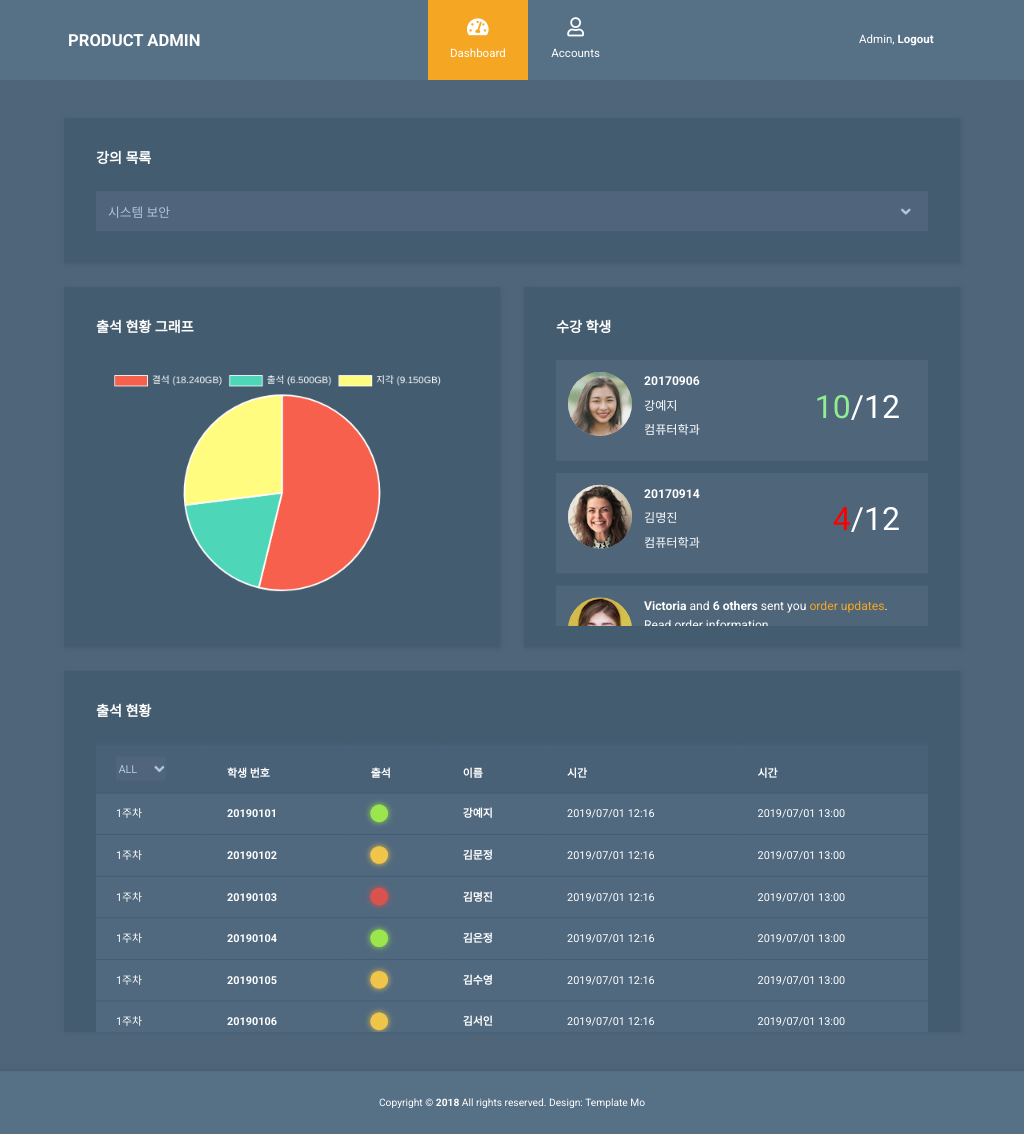
Repository: YJ-S2/2019-FaceAPI
Page: test1-master/web/123/WebContent/web1.html
These files come from the project's save history. The page is drawn as it stood at one moment and after the next save; the edit follows.
The browser window is 1280 px wide. The pictures show the whole page, at 80% of full size.
An inner scrolling area shows only its first screen.

Above is the page before, as saved 2019-08-11 15:21:22.

After the next save:
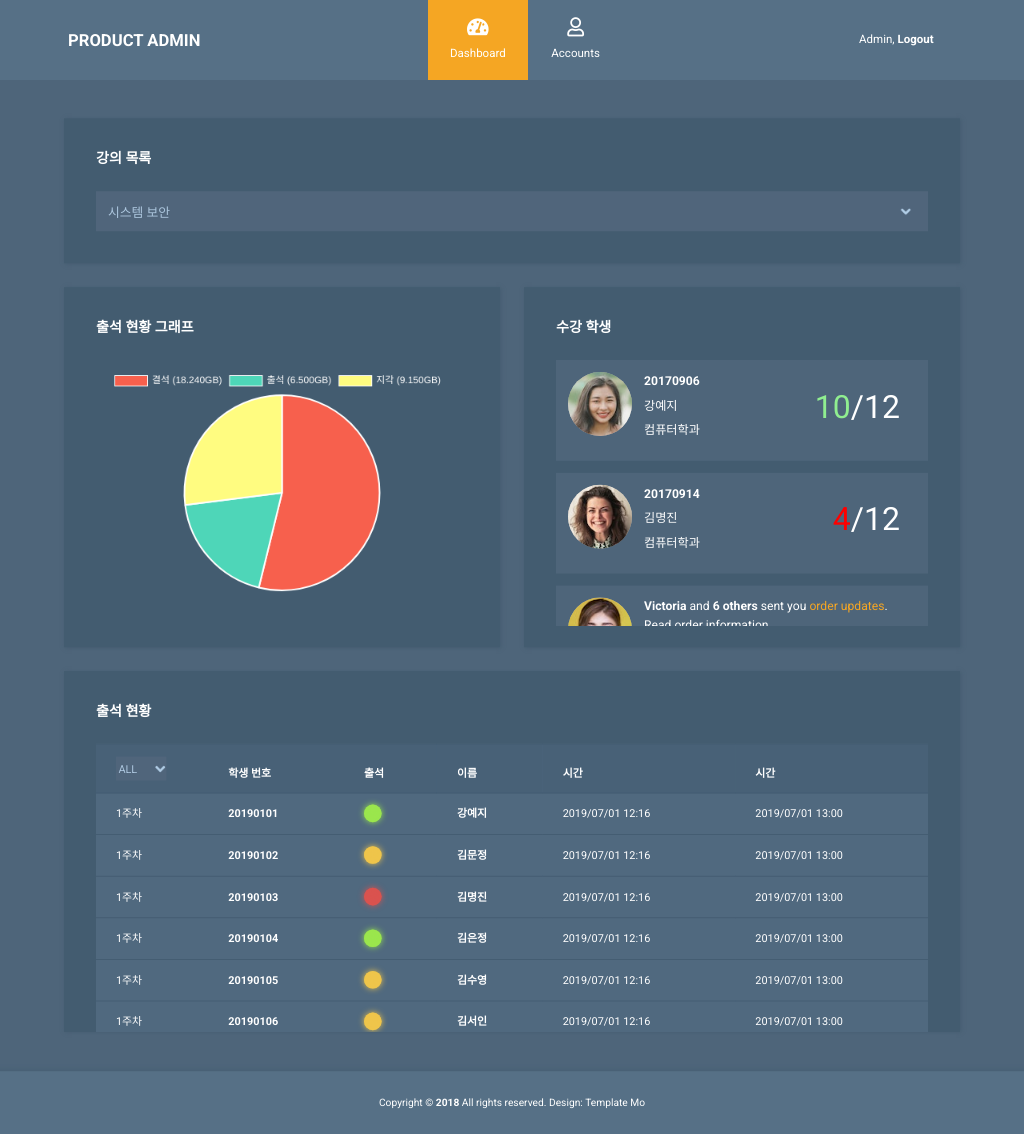
Saved 13 s later.
--- a/test1-master/web/123/WebContent/web1.html
+++ b/test1-master/web/123/WebContent/web1.html
@@ -343,7 +343,7 @@
                                 </tr>
                                 <tr>
                                 	<td>1주차</td>
-                                    <th scope="row"><b>#20190108</b></th>
+                                    <th scope="row"><b>20190108</b></th>
                                     <td>
                                         <div class="tm-status-circle1 moving">
                                         </div>
